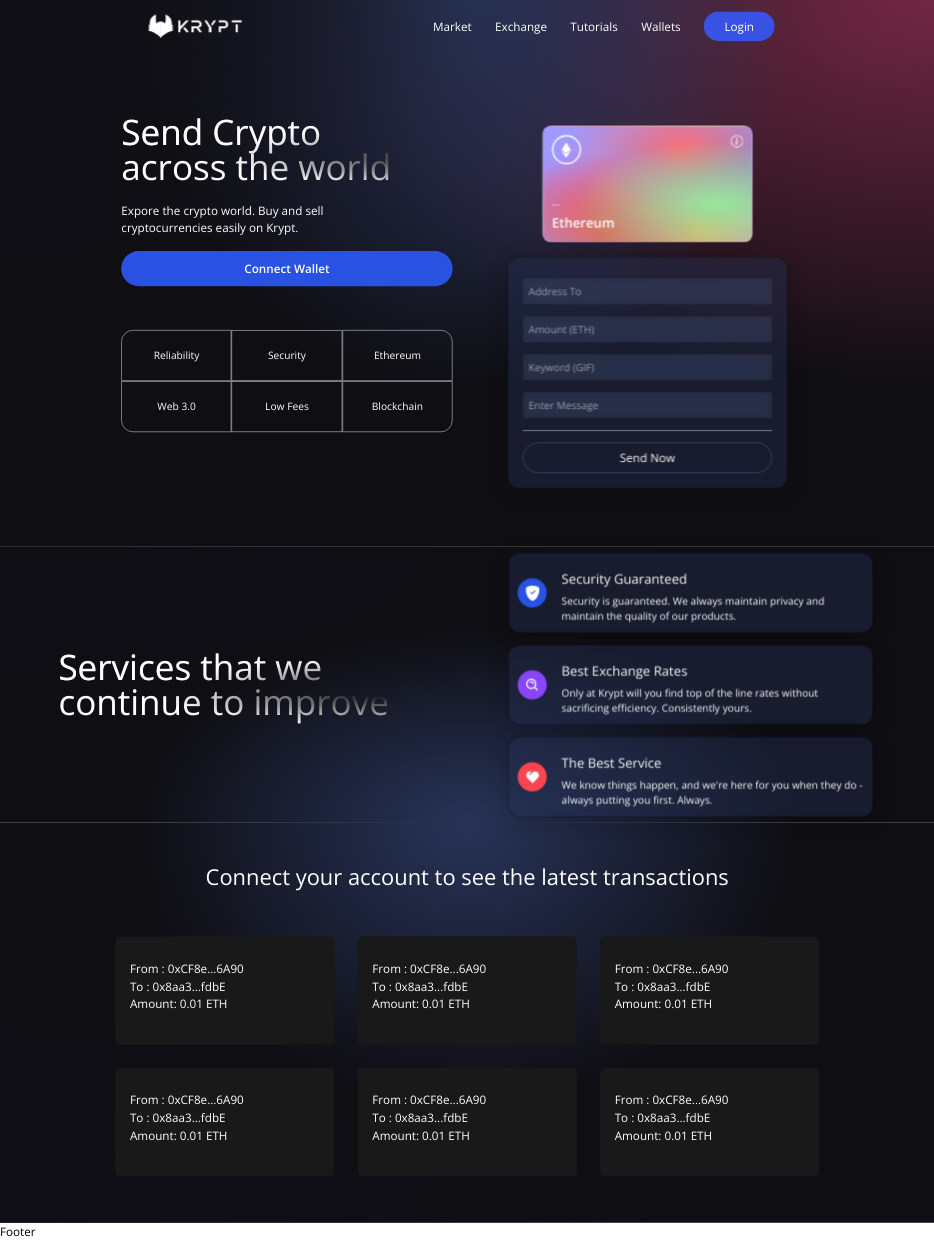
Repository: stephan-chiorean/krypt
Page: / (app in client/)
An editor plug-in stored every save of this project. The page is shown before and after the next save, followed by the edit.
The browser window is 1280 px wide. The pictures show the whole page, at 73% of full size.
The project was rebuilt for these pictures with package versions that can differ from the ones it lists, and the page was loaded fresh each time. Also part of the build but not shown: client/vite.config.js, client/src/components/Loader.jsx.

Above is the page before, as saved 2023-03-29 21:03:54.

After the next save:
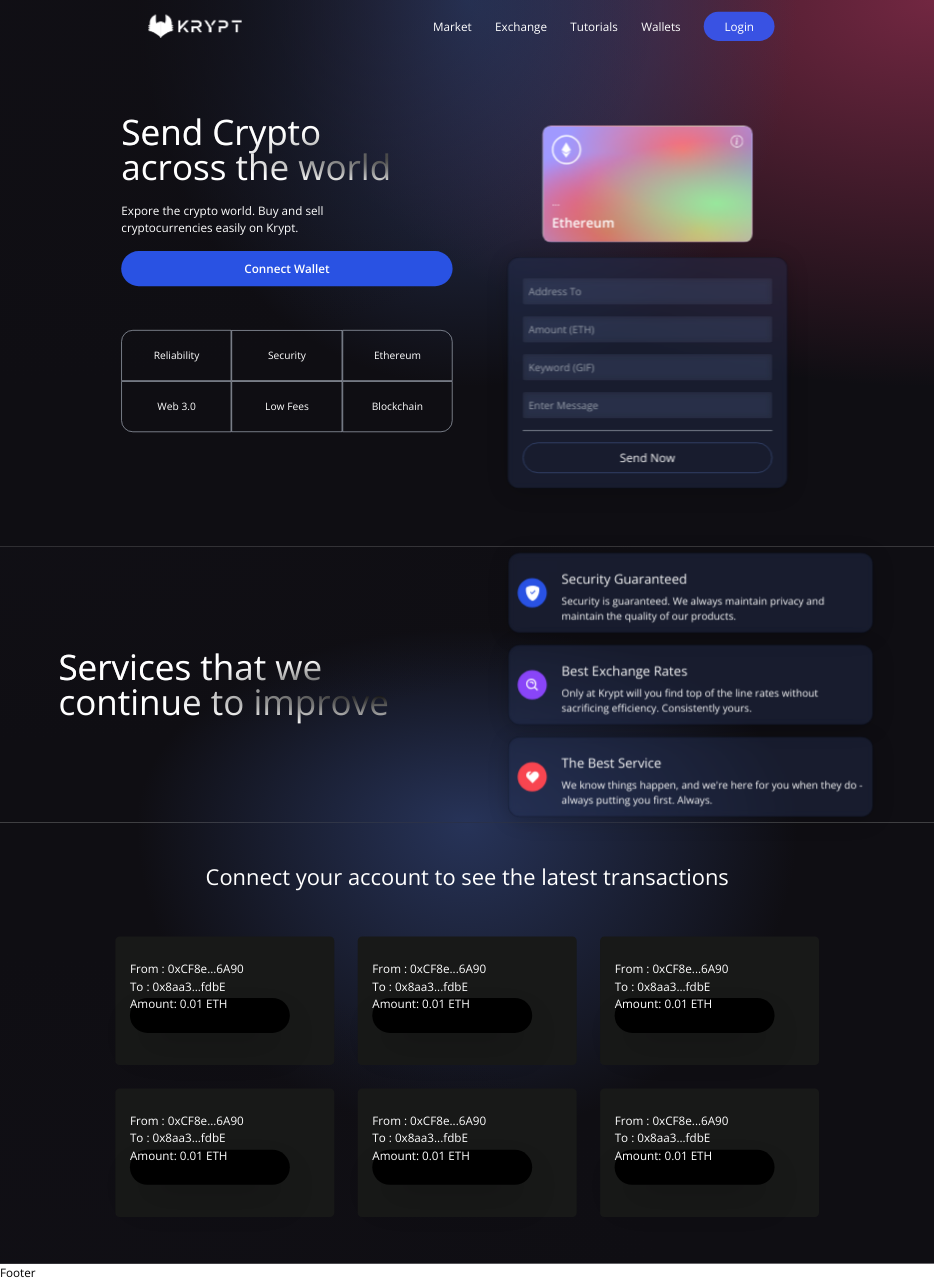
Saved 93 s later.
--- a/client/src/components/Transactions.jsx
+++ b/client/src/components/Transactions.jsx
@@ -24,6 +24,12 @@ const TransactionCard = ({addressTo, addressFrom, timestamp, message, keyword, a
           </p>
           </>
         )}
+
+        <div className="bg-black p-3 px-5 w-max rounded-3xl -mt-5 shadow-2xl">
+          <p className="text-[#37c7da font-bold">
+            {timestamp}
+          </p>
+        </div>
       </div>
     </div>
 
